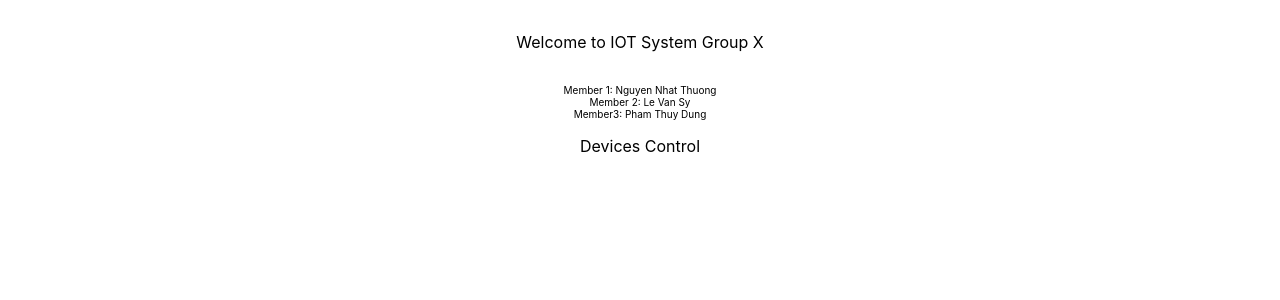
Repository: ngnhthuong/IOT_LAB
Page: /
These files come from the project's save history. The page is drawn as it stood at one moment and after a run of saves; the edit follows.
The browser window is 1280 px wide. The pictures show the whole page.
The project was rebuilt for these pictures with package versions that can differ from the ones it lists, and the page was loaded fresh each time.

Above is the page before, as saved 2024-04-23 14:40:56.

### src/App.js
import "./App.css";

function App() {
  return (
    <div className="main">
      <div>

      </div>
      <div className="welcome-name">Welcome to IOT System Group X</div>
      <div className="member-name">
        <div className="member">Member 1: Nguyen Nhat Thuong</div>
        <div className="member">Member 2: Le Van Sy</div>
        <div className="member">Member3: Pham Thuy Dung</div>
      </div>
      <div className="device">Devices Control</div>
      <div>
        <div>
          <div></div>
          <div></div>
        </div>
        <div>
          <div></div>
          <div></div>
        </div>
      </div>
    </div>
  );
}

export default App;

### src/App.css
* {
  margin: 0;
  padding: 0;
  box-sizing: border-box;
}

.main{
  width: 100vw;
  height: 100vh;
  display: flex;
  align-items: center;
  flex-direction: column;
}

.welcome-name{
  display: flex;
  justify-content: center;
  padding: 2rem;
  /* width: 500px; */
}

.member-name{
  display: flex;
  flex-direction: column;
  /* width: 250px; */
  font-size: 10px;
  align-items: center;
  padding-bottom: 1rem;
}

.member{
  display: flex;
  left: 0;
}

Loaded but not shown: public/index.html (common file); src/index.js (common file); src/index.css (common file)

After the next 2 saves:
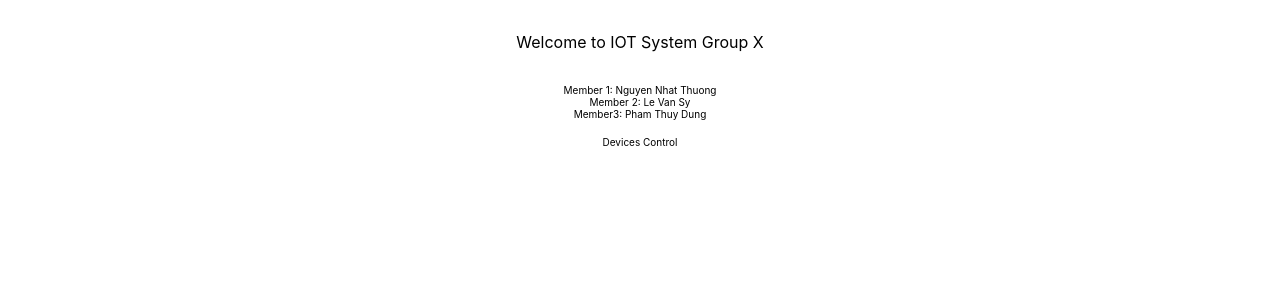
The 2 saves are shown as one change because they came seconds apart.
The last was saved 8 s later.
--- a/src/App.css
+++ b/src/App.css
@@ -32,3 +32,7 @@
   display: flex;
   left: 0;
 }
+
+.device{
+  font-size: 10px;
+}
